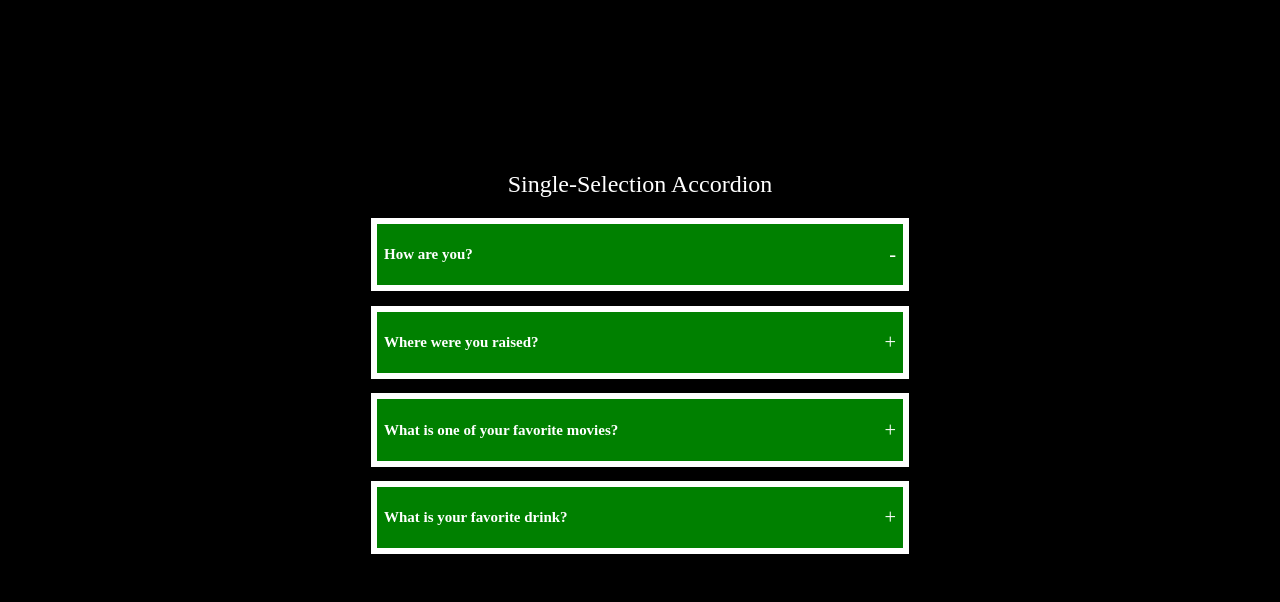
Repository: kosenijr/react-projects
Page: / (app in accordion/), after clicking the first element matching `div.item`
The author's editor kept a copy of each file at every save. The page is drawn from the files as they stood at one save, then again after the next save.
The browser window is 1280 px wide. The pictures show the whole page.
The project was rebuilt for these pictures with package versions that can differ from the ones it lists, and the page was loaded fresh each time.

Above is the page before, as saved 2024-03-03 00:13:10.

### accordion/src/App.js
import React from "react";
import "./App.css";
import SingleSelection from "./components/SingleSelection";

function App() {
  return (
    <div className="App">
      <SingleSelection />
    </div>
  );
}

export default App;

### accordion/src/components/SingleSelection.js
import React, { useState } from "react";
import "../styles/SingleSelection.css";
import data from "../data";

function Accordion() {
  // setting up useState
  const [selected, setSelected] = useState(null);
  // setting up handling
  const handleSingleSelection = (getCurrentId) => {
    console.log(selected, getCurrentId);
    // setSelected(getCurrentId === selected ? null : getCurrentId); // keep add condition for closure
    setSelected(selected !== getCurrentId ? getCurrentId : null);
  };

  return (
    <div className="wrapper">
      {/* single selection accordion */}
      <div className="accordion">
        <h2 className="description">Single-Selection Accordion</h2>
        {data && data.length > 0 ? (
          data.map((dataItem) => (
            <div className="item" key={dataItem.id} onClick={() => handleSingleSelection(dataItem.id)}>
              {/* always remember to add key */}
              <div className="title">
                <h3>{dataItem.question}</h3>
                <span>{selected === dataItem.id ? "-" : "+"}</span>
              </div>
              {selected === dataItem.id ? (
                <div className="content ">{dataItem.jargon}</div>
              ) : null}
            </div>
          ))
        ) : (
          <div>No data found!</div>
        )}
      </div>
    </div>
  );
}

export default Accordion;

### accordion/src/styles/SingleSelection.css
.wrapper {
  display: flex;
  justify-content: center;
  align-items: center;
  height: 100vh;
  width: 100vw;
  background-color: black;
  color: white;
}

.description {
  font-family: "Raleway";
  font-weight: 500;
}

.item {
  background-color: green;
  color: white;
  font-size: 0.8em;
  font-family: "Raleway", "Times New Roman";
  margin: 2vh 0;
  padding: 1vh;
  width: 40vw;
  border: 0.5em solid white;
  cursor: pointer;
}

.title {
  display: flex;
  justify-content: space-between;
  align-items: center;
}

span {
  font-size: 1.6em;;
}

.content {
  font-size: 1.2em;
  font-family:  "Raleway", "Times New Roman";
  font-weight: 600;
}

### accordion/src/data.js
const data = [
  {
    id: 1,
    question: "How are you?",
    answer: "I am well!",
  },

  {
    id: 2,
    question: "Where were you raised?",
    answer: "I was raised in Queens.",
  },

  {
    id: 3,
    question: "What is one of your favorite movies?",
    answer: "Harlem Nights is one of my favorite movies.",
  },

  {
    id: 4,
    question: "What is your favorite drink?",
    answer: "My favorite drink is water.",
  },
];

export default data;

Loaded but not shown: accordion/public/index.html (common file); accordion/src/index.js (common file); accordion/src/index.css (common file); accordion/src/reportWebVitals.js (common file); accordion/src/App.css (common file)

After the next save:
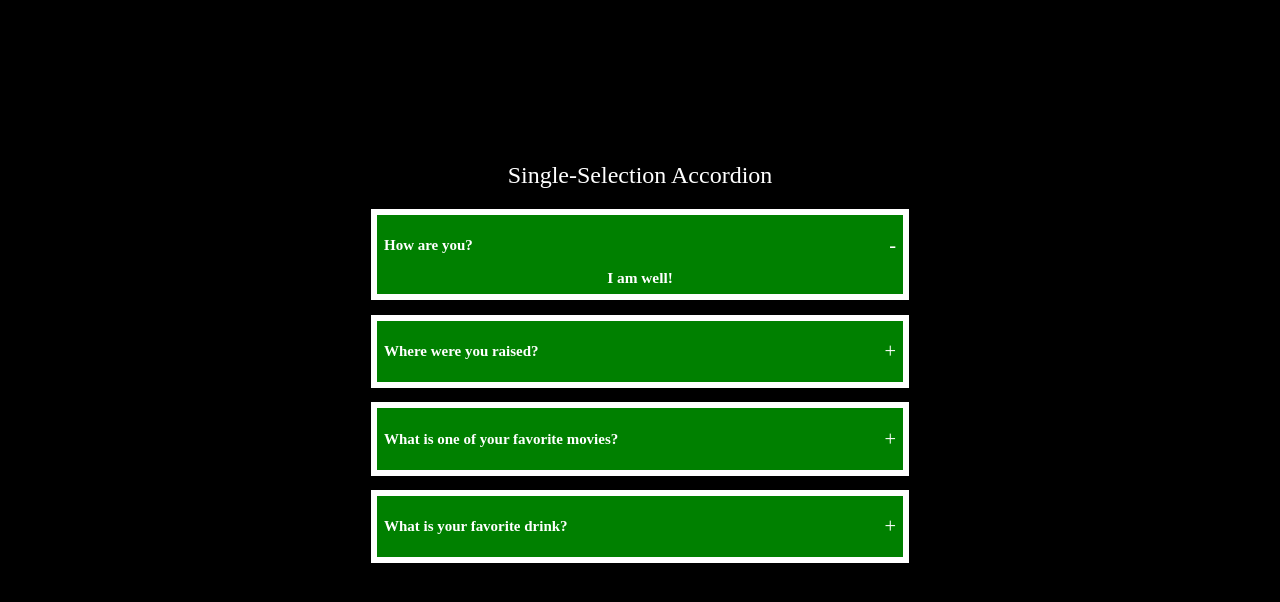
Saved 14 min 47 s later.
--- a/accordion/src/components/SingleSelection.js
+++ b/accordion/src/components/SingleSelection.js
@@ -26,7 +26,7 @@ function Accordion() {
                 <span>{selected === dataItem.id ? "-" : "+"}</span>
               </div>
               {selected === dataItem.id ? (
-                <div className="content ">{dataItem.jargon}</div>
+                <div className="content ">{dataItem.answer}</div>
               ) : null}
             </div>
           ))
